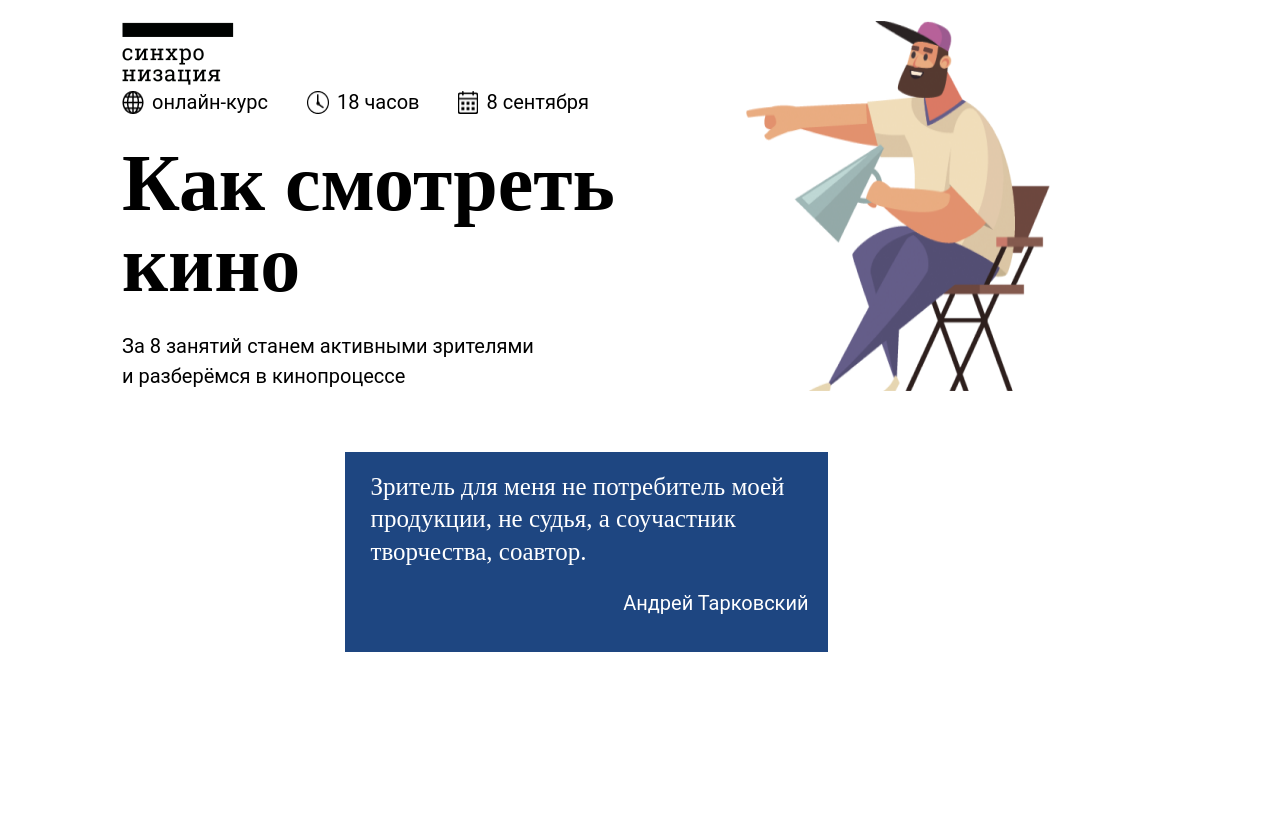
Repository: PoladEziz/Task-8
Page: index.html
These files come from the project's save history. The page is drawn as it stood at one moment and after the next save; the edit follows.
The browser window is 1280 px wide. The pictures show the whole page.

Above is the page before, as saved 2023-05-25 16:17:50.

### index.html
<!DOCTYPE html>
<html lang="en">

<head>
    <meta charset="UTF-8">
    <meta http-equiv="X-UA-Compatible" content="IE=edge">
    <meta name="viewport" content="width=device-width, initial-scale=1.0">
    <title>Document</title>
    <link rel="stylesheet" href="index.css">
</head>

<body>
    <div class="main">
        <div class="top">
            <div class="box1">
            <img class="logo" src="logo_mobile_black 1.png" alt="Logo photo">
            <ul>
                <li><img src="globe.png" alt=""><p>онлайн-курс</p></li>
                <li><img src="img_135744.png" alt=""><p>18 часов </p></li>
                <li><img src="calendar_2.png" alt=""><p>8 сентября</p></li>
            </ul>
            <h1>Как смотреть кино</h1>
            <p class="yazi">За 8 занятий станем активными зрителями
                и разберёмся в кинопроцессе</p>
            </div>

            <img src="noroot 1.png" alt="Photo">

        </div>

        <div class="bot">
            <div class="box">
                <p>Зритель для меня
                    не потребитель моей продукции, не судья, а соучастник творчества, соавтор. </p>
                <h1>Андрей Тарковский</h1>
            </div>
        </div>
    </div>
</body>

</html>

### index.css
* {
  padding: 0;
  margin: 0;
  box-sizing: border-box;
}

.main {
  width: 100%;
  min-height: 100vh;
  padding: 21px 230px 173px 122px;
  display: flex;
  flex-direction: column;
}

.top {
  width: 100%;
  display: flex;
  justify-content: space-between;
}

.bot {
  width: 100%;
  display: flex;
  justify-content: center;
  margin-top: 61px;
}

.box {
  width: 483px;
  height: 200px;
  background-color: #1e4681;
  padding: 19px 19px 26px 26px;
}

.box p {
  font-family: "Roboto Slab";
  font-style: normal;
  font-weight: 400;
  font-size: 25px;
  line-height: 130%;
  color: white;
}

.box h1 {
  font-family: "Roboto";
  font-style: normal;
  font-weight: 400;
  font-size: 20px;
  line-height: 130%;
  text-align: right;
  margin-top: 22px;
  color: white;
}

.box1 ul li {
  list-style-type: none;
  font-family: "Roboto";
  font-style: normal;
  font-weight: 400;
  font-size: 20px;
  line-height: 115%;
  display: flex;
  margin-right: 39px;
}

.logo {
  /* position: absolute;
  left: 121px;
  top: 21px; */
  width: 112px;
  height: 66px;
}

.box1 ul {
  display: flex;
  align-items: center;
}

.box1 ul li p {
  margin-left: 8px;
}

.top h1 {
  font-family: "Roboto Slab";
  font-style: normal;
  font-weight: 700;
  font-size: 80px;
  line-height: 101.38%;
  width: 567px;
  margin-top: 29px;
  margin-bottom: 26px;
}

.yazi {
  font-family: "Roboto";
  font-style: normal;
  font-weight: 400;
  font-size: 20px;
  line-height: 150%;
  width: 414px;
}

After the next save:
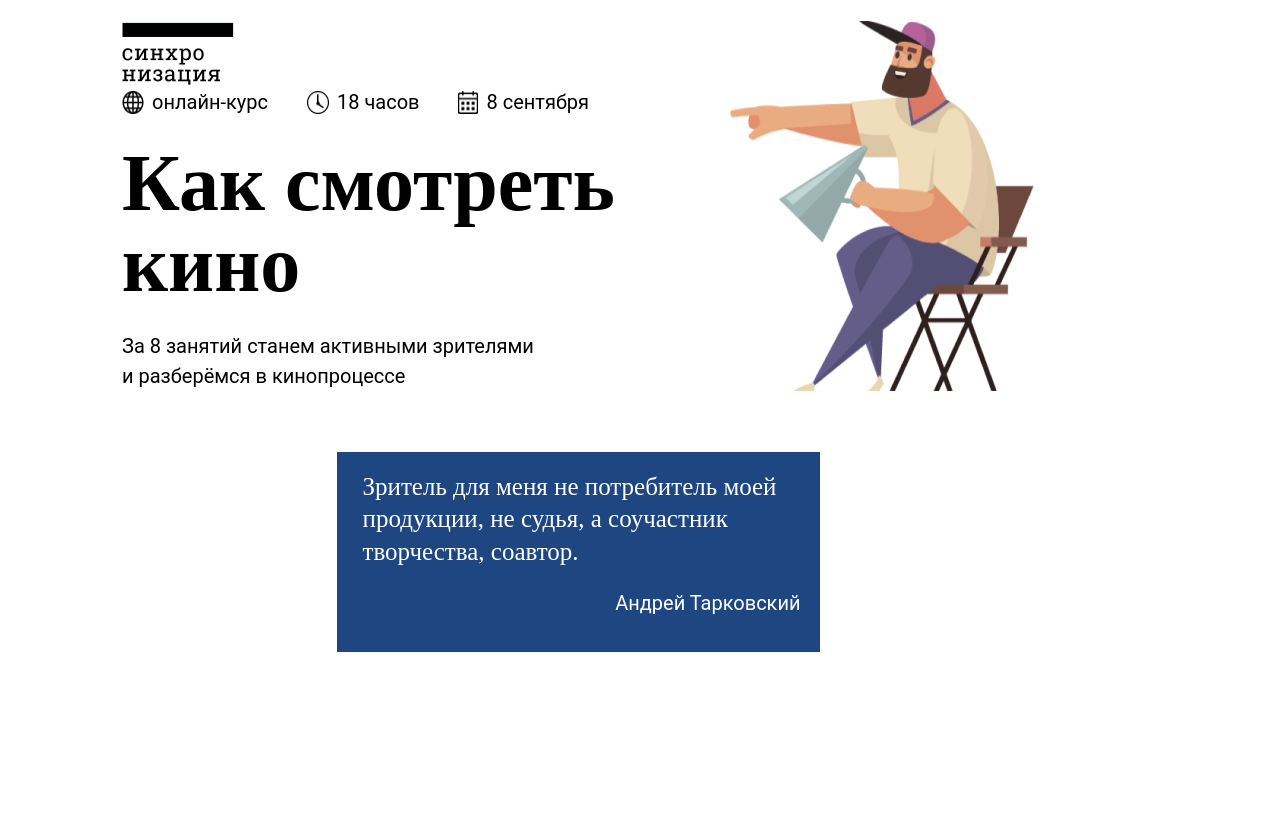
Saved 29 s later.
--- a/index.css
+++ b/index.css
@@ -7,7 +7,7 @@
 .main {
   width: 100%;
   min-height: 100vh;
-  padding: 21px 230px 173px 122px;
+  padding: 21px 246px 173px 122px;
   display: flex;
   flex-direction: column;
 }
